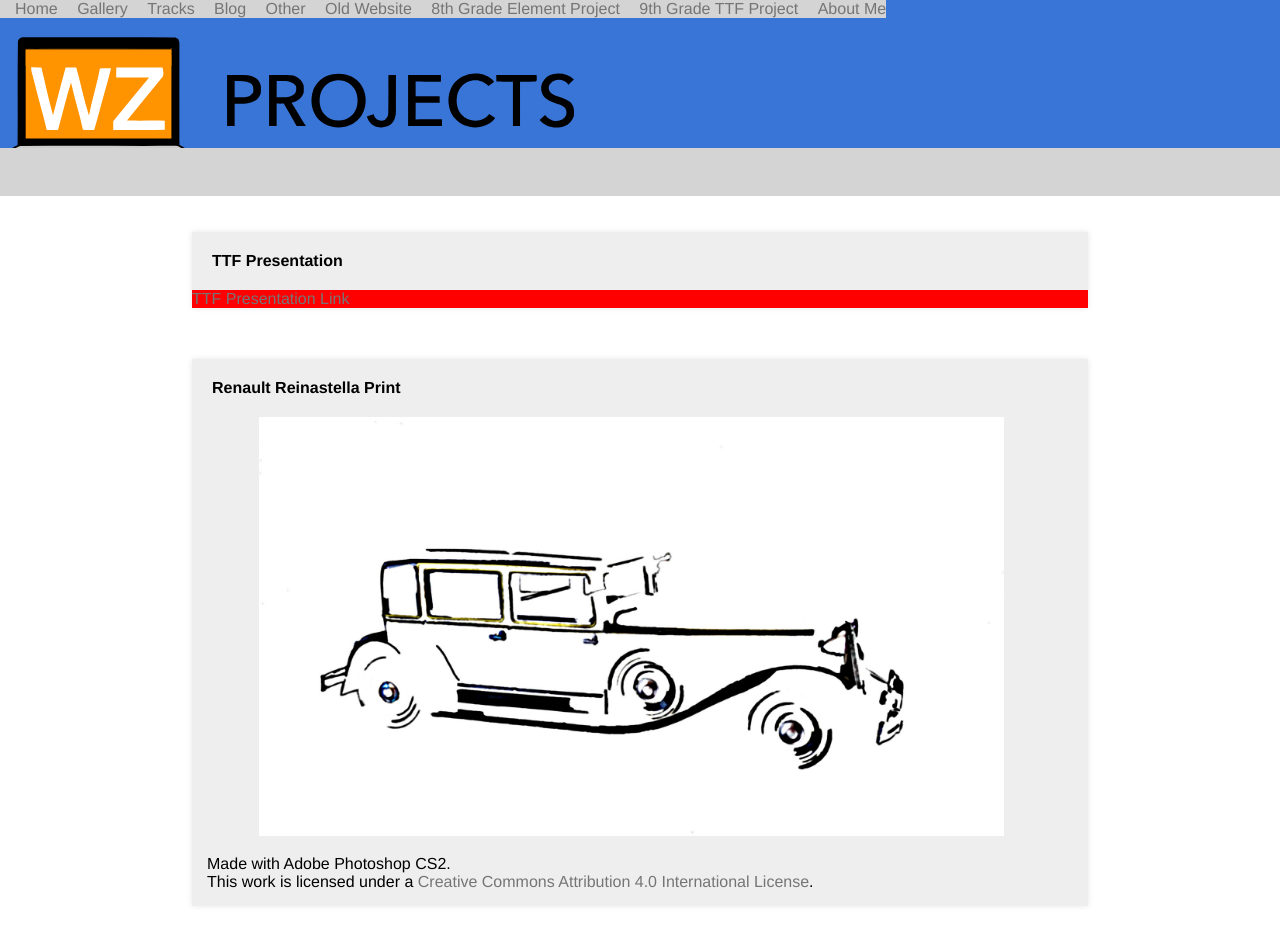
Repository: willzhang05/willzhang05.github.io-old
Page: newmenu.html
The author's editor kept a record of every edit. The page is drawn from the files as they stood at one moment, then again after the next edit.
The browser window is 1280 px wide. The pictures show the part of the page from y = 0 to 952 px (the page is 2467 px tall before and 2519 px after).

Above is the page before.

### newmenu.html
<!DOCTYPE html>
<html>
	<script type="text/javascript">
	</script>
	<head>
		<meta property="og:image" content="images/WZProjectslogo-vector.svg"/>
		<meta property="og:image:secure_url" content="images/WZProjectslogo-vector.svg"/>
		<meta charset="UTF-8">
		<meta name="description" content="William Zhang Projects">
		<meta name="author" content="William Zhang">
		<link rel="icon" type="image/png" href="images/favicon-image.png">
		<link rel="stylesheet" href="main-style.css">
		<link rel="import" href="bower_components/polymer/polymer.html">
		<link rel="import" href="bower_components/paper-ripple/paper-ripple.html">
		<link rel="import" href="bower_components/core-icons/core-icons.html">
		<link rel="import" href="bower_components/font-roboto/roboto.html">
		<link rel="import" href="bower_components/core-icon-button/core-icon-button.html">
		<link rel="import" href="bower_components/core-drawer-panel/core-drawer-panel.html">
		<link rel="import" href="bower_components/paper-elements/paper-elements.html">
		<link rel="import" href="bower_components/core-menu/core-menu.html">
		<link rel="import" href="bower_components/paper-shadow/paper-shadow.html">
	</head>
	<title>
		Home - WZProjects
	</title>
	<body>
		<core-drawer-panel responsiveWidth="1920px">
			<div id="drawer" drawer>
				<paper-item>
					<a class="links" href="http://willzhang05.github.io">
						Home
					</a>
				</paper-item>
				<paper-item>
					<a class="links" href="http://willzhang05.github.io/gallery">
						Gallery
					</a>
				</paper-item>
				<paper-item>
					<a class="links" href="http://willzhang05.github.io/tracks">
						Tracks
					</a>
				</paper-item>
				<paper-item>
					<a class="links" href="http://thewiztechblog.blogspot.com/">
						Blog
					</a>
				</paper-item>
				<paper-item>
					<a class="links" href="http://willzhang05.github.io/other">
						Other
					</a>
				</paper-item>
				<paper-item>
					<a class="links" href="http://williamzhangprojects.weebly.com/">
						Old Website
					</a>
				</paper-item>
				<paper-item>
					<a class="links" href="http://aluminumelementresearchproject.weebly.com/">
						8th Grade Element Project
					</a>
				</paper-item>
				<paper-item>
					<a class="links" href="http://willzhang05.github.io/bower_components/impress.js/">
						9th Grade TTF Project
					</a>
				</paper-item>
				<paper-item>
					<a class="links" href="http://willzhang05.github.io/about">
						About Me
					</a>
				</paper-item>
	        </div>
			<div id="wrapper" main>
				<paper-shadow>
					<div id="header-wrapper">
						<div id="header-banner">
							<a href="http://willzhang05.github.io">
								<img src="images/WZProjectslogo-vector.svg" width="640" height="200" alt="WZProjects"/>
							</a>
						</div>
						<div id="header-navbar">
							<paper-icon-button style="margin:4px" icon="menu" core-drawer-toggle>
							</paper-icon-button>
						</div>
					</div>
				</paper-shadow>
				<div id="content">
					<paper-shadow z="1">
						<div class="card">
							<h1>TTF Presentation</h1>
							<div style="background-color:red; border:none;">
								<a class="source" href="http://willzhang05.github.io/bower_components/impress.js/">
									<paper-item>
										TTF Presentation Link
									</paper-item>
								</a>
							</div>
						</div>
					</paper-shadow>
					<paper-shadow z="1">
						<div class="card">
							<h1>Renault Reinastella Print</h1>
							<div class="image">
								<a href="images/large-renault-reinastella-print.png">
									<img src="images/renault-reinastella-print-optimized.jpg" width="97.8%" height="55%" alt="Renault Reinastella Print"/>
								</a>
							</div>
							<div class="description">
								<span>
									Made with Adobe Photoshop CS2.
									<br />
									This work is licensed under a
									<a class="source" rel="license" href="http://creativecommons.org/licenses/by/4.0/" target="_blank">Creative Commons Attribution 4.0 International License</a>.
								</span>
							</div>
						</div>
					</paper-shadow>
					<paper-shadow z="1">
						<div class="card">
							<h1>Saints Row IV Gameplay</h1>
							<div class="video">
								<iframe width="100%" height="360px" style="border:none;" src="https://www.youtube.com/embed/M_jKscIiPVo?rel=0&fs=1" webkitallowfullscreen mozallowfullscreen allowfullscreen>
								</iframe>
							</div>
							<div class="description">
								<span>
									Professor Genki's Mind Over Murder, a minigame within Saints Row IV.
								</span>
							</div>
						</div>
					</paper-shadow>
					<paper-shadow z="1">
						<div class="card">
							<h1>BeamNG.drive Gameplay</h1>
							<div class="video">
								<iframe width="100%" height="360px" style="border:none;" src="https://www.youtube.com/embed/0Np-dQfyBwY?rel=0&fs=1" webkitallowfullscreen mozallowfullscreen allowfullscreen>
								</iframe>
							</div>
							<div class="description">
								<span>This game is still in early development. Visit the website here:
									<a class="source" href="http://beamng.com/" target="_blank">BeamNG.drive</a>.
								</span>
							</div>
						</div>
					</paper-shadow>
					<paper-shadow z="1">
						<div class="card">
							<paper-item>
								<canvas id="myCanvas" class="test">
								</canvas>
								<script>

								</script>
							</paper-item>
						</div>
					</paper-shadow>
				</div>
				<paper-shadow>
					<div id="footer">
						<paper-shadow z="1">
							<div class="categories">
								<paper-item style="width:20%; float:left; text-align:center;">
									<a class="links" href="http://willzhang05.github.io">
										Home
									</a>
								</paper-item>
								<paper-item style="width:20%; float:left; text-align:center;">
									<a class="links" href="http://willzhang05.github.io/gallery">
										Gallery
									</a>
								</paper-item>
								<paper-item style="width:20%; float:left; text-align:center;">
									<a class="links" href="http://willzhang05.github.io/tracks">
										Tracks
									</a>
								</paper-item>
								<paper-item style="width:20%; float:left; text-align:center;">
									<a class="links" href="http://thewiztechblog.blogspot.com">
										Blog
									</a>
								</paper-item>
								<paper-item style="width:20%; float:left; text-align:center;">
									<a class="links" href="http://willzhang05.github.io/other">
										Other
									</a>
								</paper-item>
							</div>
						</paper-shadow>
						<paper-shadow z="1">
							<div class="attribution">
								<br/>
								<span style="margin-left:15px; display:inline-block;">
									Polymer Web Components used under the
									<a class="source" href="http://polymer.github.io/LICENSE.txt" target="_blank">BSD license</a>.
									Material Design components available here:
									<a class="source" href="http://www.polymer-project.org/" target="_blank">Polymer Project</a>.
								</span>
							</div>
						</paper-shadow>
					</div>
				</paper-shadow>
			</div>
		</core-drawer-panel>
	</body>
</html>

### main-style.css
/*http://meyerweb.com/eric/tools/css/reset/*/

html, body, div, span, applet, object, iframe,
h2, h3, h4, h5, h6, p, blockquote, pre,
a, abbr, acronym, address, big, cite, code,
del, dfn, em, img, ins, kbd, q, s, samp,
small, strike, strong, sub, sup, tt, var,
b, u, i, center,
dl, dt, dd, ol, ul, li,
fieldset, form, label, legend,
table, caption, tbody, tfoot, thead, tr, th, td,
article, aside, canvas, details, embed,
figure, figcaption, footer, header, hgroup,
menu, nav, output, ruby, section, summary,
time, mark, audio, video {
    margin: 0;
    padding: 0;
    border: 0;
    font-size: 100%;
    font: inherit;
    vertical-align: baseline;
}

body {
	width: 100%;
	font-family: RobotoDraft, Helvetica Neue, Helvetica, sans-serif;
	-webkit-user-select: none;
    -moz-user-select: none;
    -ms-user-select: none;
    user-select: none;
    -webkit-tap-highlight-color: rgba(0,0,0,0);
    -webkit-touch-callout: none;
}

a {
	color: #757575;
	text-decoration: none;
	-webkit-transition: all 0.2s ease;
  	-moz-transition: all 0.2s ease;
  	-ms-transition: all 0.2s ease;
  	-o-transition: all 0.2s ease;
   	transition: all 0.2s ease;
}

.links:hover {
	color: black;
	font-weight: bold;
}

.source:hover {
	color: black;
	text-decoration: underline;
}

h1 {
	font-size: 16px;
	margin: 5px;
}

iframe {
	display: block;
	width: 100%;
	border: none;
}

#drawer {
	position: absolute;
	z-index: 1;
	background-color: #D4D4D4;
}

#drawer > paper-item > .links {
	margin-left:15px;
}


#wrapper {
	min-height: 100%;
	position: relative;
	overflow-y:scroll;
    z-index: 0;
    top: 0;
    left: 0;
    -webkit-transition: all 0.3s;
    -moz-transition: all 0.3s;
    -ms-transition: all 0.3s;
    -o-transition: all 0.3s;
    transition: all 0.3s;
}

#header-wrapper {
	height: 196px;
	/*background:linear-gradient(#FF6D00, rgb(57,117,215));*/
}

#header-banner {
	min-width:100%;
	height: 148px;
	float: left;
	clear: both;
	background-color: rgb(57,117,215);
}

#logo-wrapper {
	max-width: 640px;
	height: 100%;
}

#header-navbar {
	min-width:100%;
	height: 48px;
	float: left;
	clear: both;
	background-color: #D4D4D4 /*#1976D2*/;
	/*-webkit-box-shadow: 0 0 6px rgba(0,0,0,0.1);
	box-shadow: 0 0 6px rgba(0,0,0,0.1);*/
}

.sidebar {
	height: 500px;
	float: left;
	margin-bottom: 0px;
	background-color: #EEEEEE;
	/*-webkit-box-shadow: 0 0 6px rgba(0,0,0,0.1);
	box-shadow: 0 0 6px rgba(0,0,0,0.1);*/
	overflow-y: auto;
	position: relative;
}

#content {
	overflow: hidden;
	padding-top: 10px;
   	padding-bottom: 148px;
}

.card {
	cursor: pointer;
	width: 70%;
	margin-top: 2%;
	margin-bottom: 2%;
	margin-left: 15%;
	float: left;
	overflow: hidden;
	background-color: #EEEEEE;
	-webkit-box-shadow: 0 0 6px rgba(0,0,0,0.1);
	-moz-box-shadow: 0 0 6px rgba(0,0,0,0.1);
	box-shadow: 0 0 6px rgba(0,0,0,0.1);
	-webkit-transition: all 0.3s ease;
  	-moz-transition: all 0.3s ease;
  	-ms-transition: all 0.3s ease;
  	-o-transition: all 0.3s ease;
   	transition: all 0.3s ease;

}

.card > h1 {
	padding: 15px;
}

.card:hover {
	-webkit-box-shadow: 0 2px 10px 0 rgba(0, 0, 0, 0.16), 0 2px 5px 0 rgba(0, 0, 0, 0.26);
	-moz-box-shadow: 0 2px 10px 0 rgba(0, 0, 0, 0.16), 0 2px 5px 0 rgba(0, 0, 0, 0.26);
	box-shadow: 0 2px 10px 0 rgba(0, 0, 0, 0.16), 0 2px 5px 0 rgba(0, 0, 0, 0.26);
	margin-top: 1.75%;
	margin-bottom: 2.25%;
}

.card:active {
	background-color: #E0E0E0;
}

.card .description {
	padding: 15px;
}

.card .image, .render, .video, .music {
	padding-left: 7.5%;
	padding-right: 7.5%;
	border: none;
}

#footer {
	width: 100%;
	height: 148px;
	overflow: hidden;
	clear: both;
	bottom: 0;
	left: 0;
}

.categories {
	width: 100%;
	height: 48px;
	overflow: hidden;
	background-color: #D4D4D4;
	/*-webkit-box-shadow: 0 0 6px rgba(0,0,0,0.1);
	box-shadow: 0 0 6px rgba(0,0,0,0.1);*/
	/*position:fixed;
	top:95%;*/
}

.attribution {
	width: 100%;
	height: 100px;
	overflow: hidden;
	background-color: #424242;
	color: #EEEEEE;
	text-align: center;
}

After the next edit:
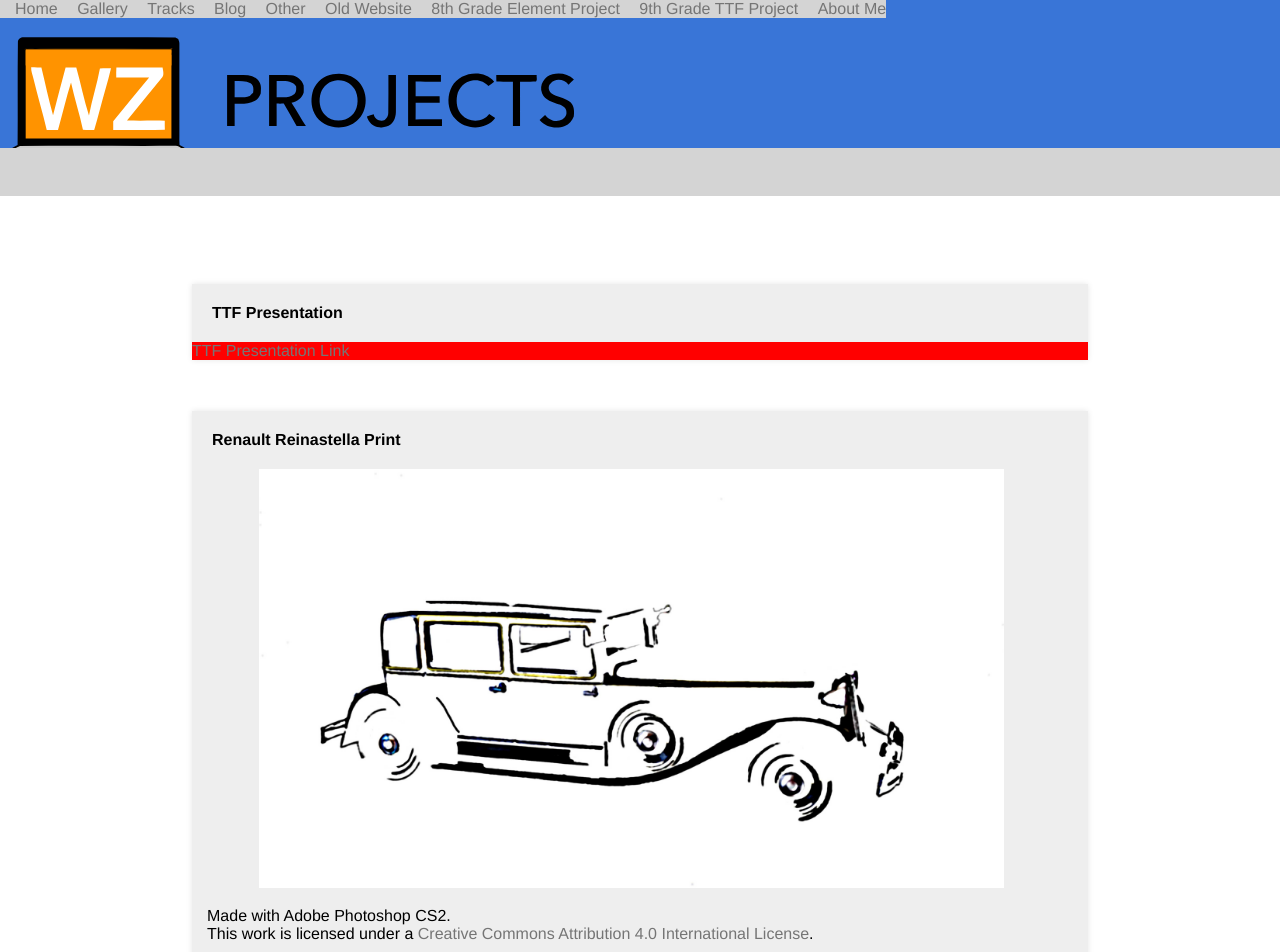
The edit:
--- a/main-style.css
+++ b/main-style.css
@@ -89,7 +89,7 @@
 }
 
 #header-wrapper {
-	height: 196px;
+	height: 248px;
 	/*background:linear-gradient(#FF6D00, rgb(57,117,215));*/
 }
 

After the edit that followed:
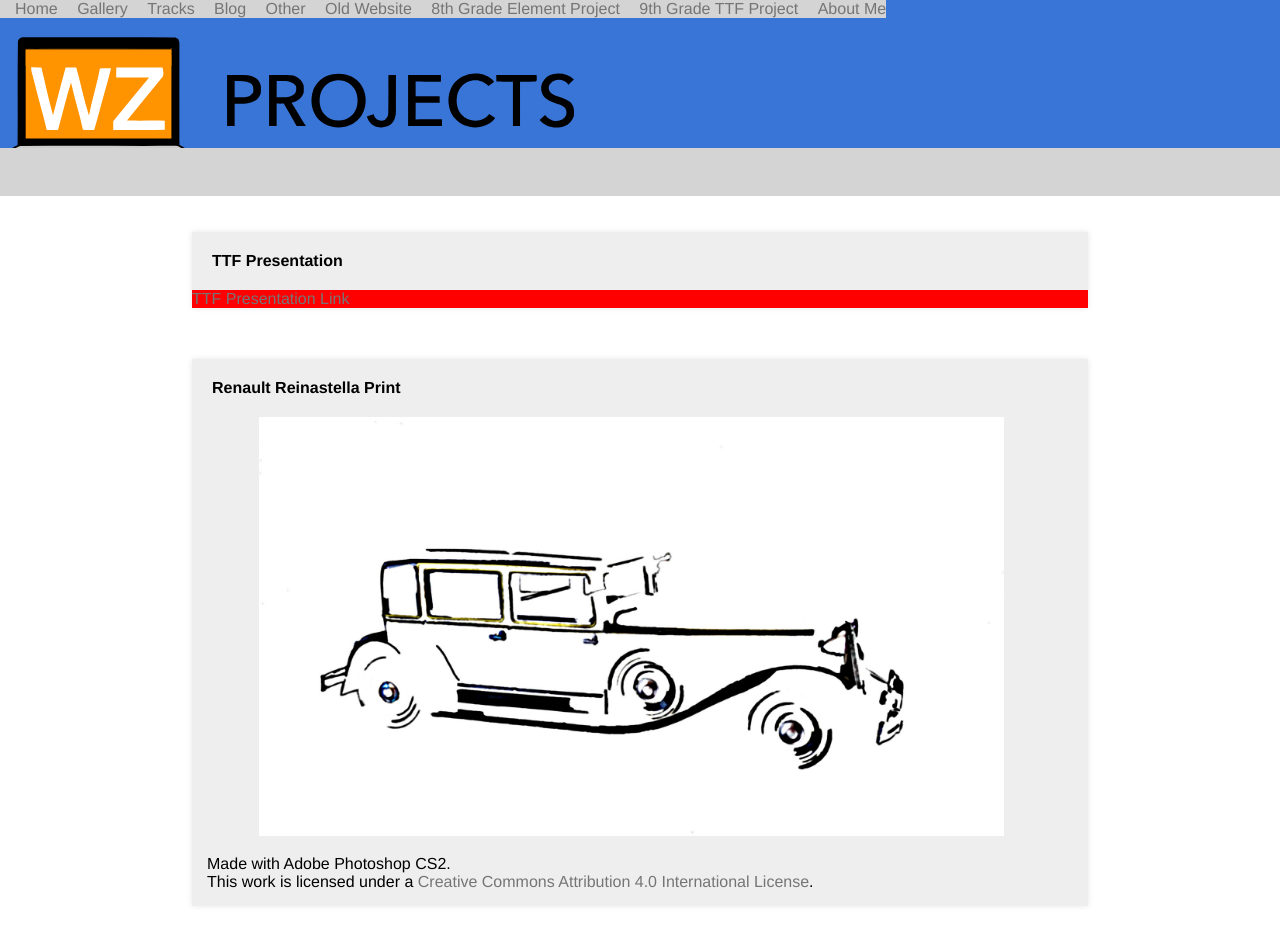
The edit:
--- a/main-style.css
+++ b/main-style.css
@@ -89,7 +89,7 @@
 }
 
 #header-wrapper {
-	height: 248px;
+	height: 196px;
 	/*background:linear-gradient(#FF6D00, rgb(57,117,215));*/
 }
 
